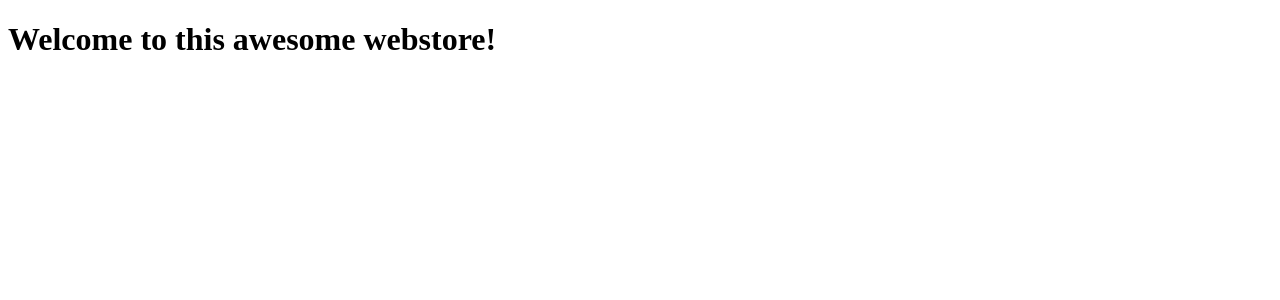
Repository: sainioan/Webshop
Page: http://localhost/
The author's editor kept a copy of each file at every save. The page is drawn from the files as they stood at one save, then again after the next save.
The browser window is 1280 px wide. The pictures show the whole page.
The page is served by the project's application, run on Django 3.2 (manage.py).

Above is the page before, as saved 2021-04-17 08:42:30.
Console error: TypeError: Cannot read properties of undefined (reading 'fn')

After the next save:
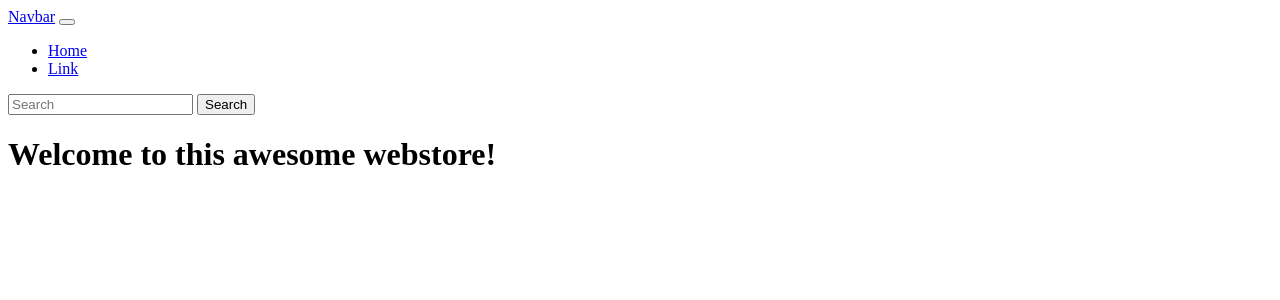
Saved 79 s later.
--- a/Webshop/templates/base.html
+++ b/Webshop/templates/base.html
@@ -13,6 +13,29 @@
     <script src="{% static 'js/bootstrap.min.js' %}"></script>
 </head>
 <body>
+    <nav class="navbar navbar-expand-lg navbar-dark bg-dark">
+        <div class="container">
+            <a class="navbar-brand" href="#">Navbar</a>
+            <button class="navbar-toggler" type="button" data-toggle="collapse" data-target="#navbarSupportedContent"
+                aria-controls="navbarSupportedContent" aria-expanded="false" aria-label="Toggle navigation">
+                <span class="navbar-toggler-icon"></span>
+            </button>
+            <div class="collapse navbar-collapse" id="navbarSupportedContent">
+                <ul class="navbar-nav mr-auto">
+                    <li class="nav-item active">
+                        <a class="nav-link" href="#">Home <span class="sr-only">(current)</span></a>
+                    </li>
+                    <li class="nav-item">
+                        <a class="nav-link" href="#">Link</a>
+                    </li>
+                </ul>
+                <form class="form-inline my-2 my-lg-0">
+                    <input class="form-control mr-sm-2" type="search" placeholder="Search" aria-label="Search">
+                    <button class="btn btn-outline-success my-2 my-sm-0" type="submit">Search</button>
+                </form>
+            </div>
+        </div>
+    </nav>
     {% block content %}{% endblock %}
 </body>
 </html>
